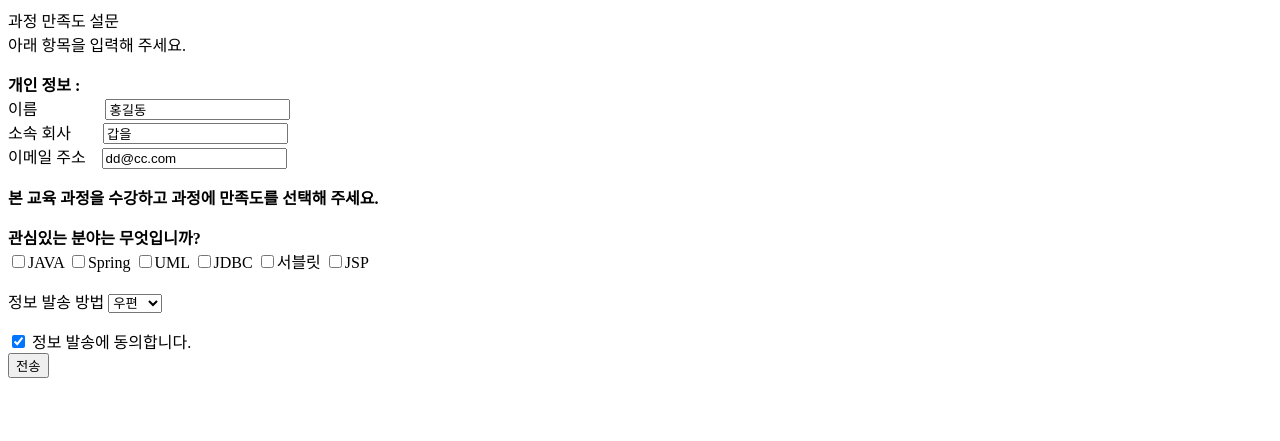
Repository: uj06134/Metabuild_JSP
Page: http://localhost/12_DB_Survey/insertForm.jsp
The author's editor kept a copy of each file at every save. The page is drawn from the files as they stood at one save, then again after a run of saves.
The browser window is 1280 px wide. The pictures show the whole page.
The page is served by Tomcat 9. Other server files are loaded and not shown.

Above is the page before, as saved 2025-09-18 02:39:45.

### 12_DB_Survey/src/main/webapp/insertForm.jsp
<%@ page language="java" contentType="text/html; charset=UTF-8"
    pageEncoding="UTF-8"%>
<%@ taglib prefix="c" uri="http://java.sun.com/jsp/jstl/core" %>

<%
	application.setAttribute("flag","false");
%>

<body>
<%
	String[] satisfaction = {"매우만족","만족","보통","불만족","매우불만족"};
	String[] part = {"JAVA","Spring","UML","JDBC","서블릿","JSP"};
	pageContext.setAttribute("part",part);
%>

<form action="insert.sv" method="post">
	 과정 만족도 설문<br>
	 아래 항목을 입력해 주세요.<P>

	 <b>개인 정보 :</b><br>
	이름 　　　　<input type="text" name="name" value="홍길동"><br>
	소속 회사　　<input type="text" name="company" value="갑을"><br>
	이메일 주소　<input type="text" name="email" value="dd@cc.com"><br>
	<p>
	<b>본 교육 과정을 수강하고 과정에 만족도를 선택해 주세요.</b><br>
	<!-- <input type="radio" name = "satisfaction" value="매우만족" checked="checked">매우 만족
	<input type="radio" name = "satisfaction" value="만족">만족
	<input type="radio" name = "satisfaction" value="보통">보통
	<input type="radio" name = "satisfaction" value="불만족">불만족
	<input type="radio" name = "satisfaction" value="매우불만족">매우불만족  -->
	<c:forEach var="sf" items="<%=satisfaction%>">
    </c:forEach>
	<p>
	<b>관심있는 분야는 무엇입니까?</b><br>

	<!-- <input type="checkbox" name = "part" value="JAVA">JAVA
	<input type="checkbox" name = "part" value="Spring">Spring
	<input type="checkbox" name = "part" value="UML" checked="checked">UML<br>
	<input type="checkbox" name = "part" value="JDBC">JDBC
	<input type="checkbox" name = "part" value="서블릿">서블릿
	<input type="checkbox" name = "part" value="JSP" checked="checked">JSP<br>  -->
	<c:forEach var="p" items="${part }">
        <input type="checkbox" name="part" value="${p}">${p}
    </c:forEach>

	<p>
	정보 발송 방법 <select name="howto">
		<option value="email">email
		<option value="우편" selected="selected">우편
		</select>

	<p>
	<input type="checkbox" name="agree" checked="checked" value="1"> 정보 발송에 동의합니다.<br>
	<input type="submit" value="전송">
</form>

After the next 2 saves:
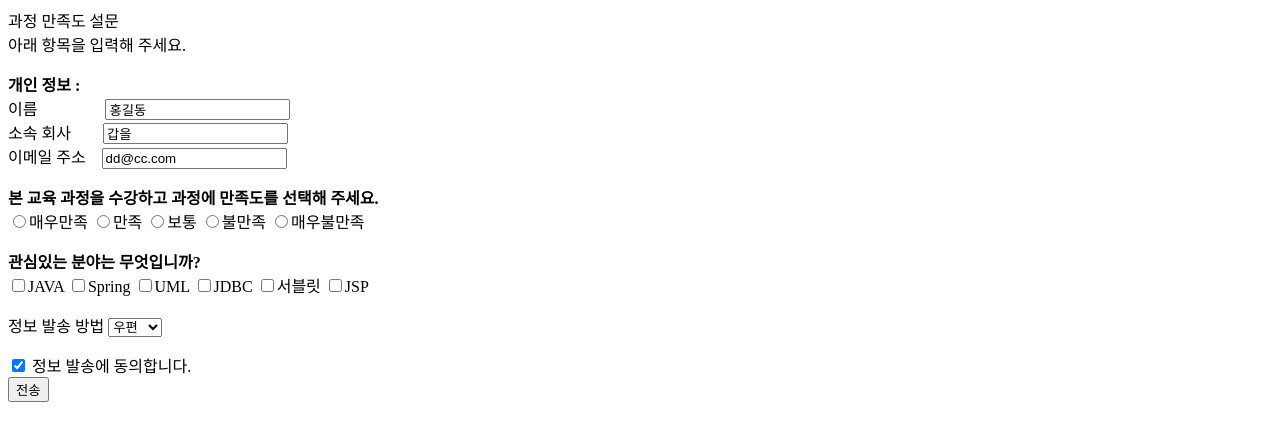
The 2 saves are shown as one change because they came seconds apart.
The last was saved 8 s later.
--- a/12_DB_Survey/src/main/webapp/insertForm.jsp
+++ b/12_DB_Survey/src/main/webapp/insertForm.jsp
@@ -29,6 +29,7 @@
 	<input type="radio" name = "satisfaction" value="불만족">불만족
 	<input type="radio" name = "satisfaction" value="매우불만족">매우불만족  -->
 	<c:forEach var="sf" items="<%=satisfaction%>">
+    <input type="radio" name="satisfaction" value="${sf}">${sf}
     </c:forEach>
 	<p>
 	<b>관심있는 분야는 무엇입니까?</b><br>
